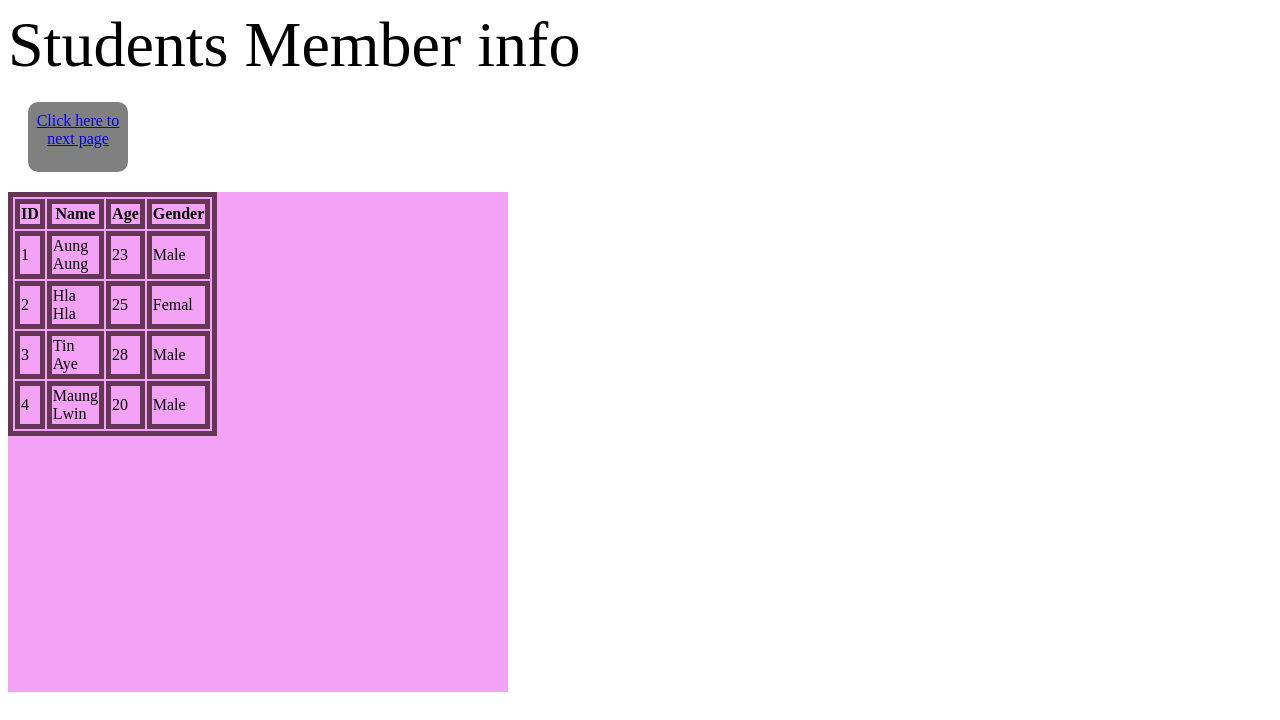
Repository: ThantLwinSoe/Servlet
Page: 01-Communication/src/main/webapp/index.html
An editor plug-in stored every save of this project. The page is shown before and after the next save, followed by the edit.
The browser window is 1280 px wide. The pictures show the whole page.

Above is the page before, as saved 2023-02-07 03:00:46.

### 01-Communication/src/main/webapp/index.html
<!DOCTYPE html>
<html>
<head>
<meta charset="UTF-8">
<style>
h {
	font-size: 4em;
}
.d_link {

	margin: 20px;
	padding-top: 10px;
	width: 100px;
	height: 60px;
	border-radius: 10px;
	background: gray;
	text-align: center;
}
.st_info {
	margin-top: 20px;
	width: 500px;
	height: 500px;
	background: #F4A2F6;
}
.table_one,th,td {
	border: 5px solid #663656;

}
.table_one {

	width: 100px;
	height: 200px;
 }
</style>
<title>Servlet Communication</title>
</head>
<body>
	<h>Students Member info</h>
	<div class="d_link">
		<a href="hello">Click here to next page</a>
	</div>
	<div class="st_info">
		<table class="table_one">
			<thead>
				<tr>
					<th>ID</th>
					<th>Name</th>
					<th>Age</th>
					<th>Gender</th>
				</tr>
			</thead>
			<tbody>
				<tr>
					<td>1</td>
					<td>Aung Aung</td>
					<td>23</td>
					<td>Male</td>
				</tr>
				<tr>
					<td>2</td>
					<td>Hla Hla</td>
					<td>25</td>
					<td>Femal</td>
				</tr>
				<tr>
					<td>3</td>
					<td>Tin Aye</td>
					<td>28</td>
					<td>Male</td>
				</tr>
				<tr>
					<td>4</td>
					<td>Maung Lwin</td>
					<td>20</td>
					<td>Male</td>
				</tr>
			</tbody>
		</table>
	</div>
</body>
</html>

After the next save:
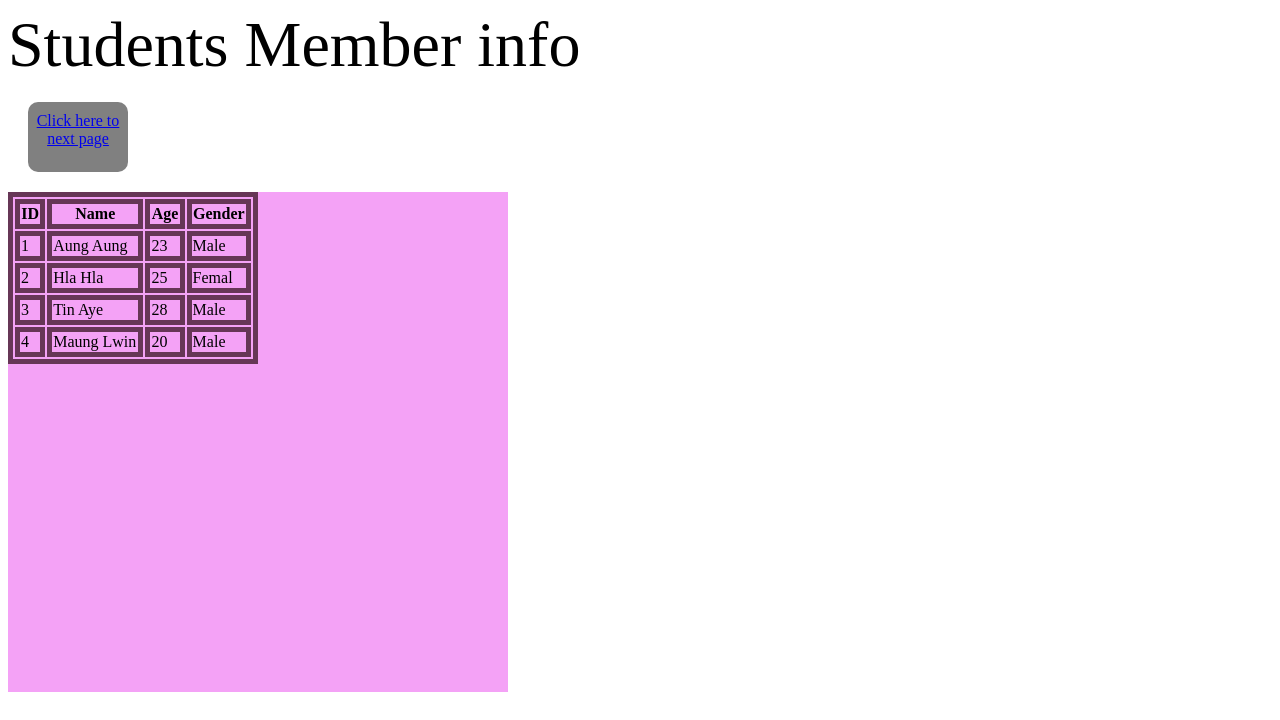
Saved 41 s later.
--- a/01-Communication/src/main/webapp/index.html
+++ b/01-Communication/src/main/webapp/index.html
@@ -26,11 +26,6 @@ h {
 	border: 5px solid #663656;
 
 }
-.table_one {
-
-	width: 100px;
-	height: 200px;
- }
 </style>
 <title>Servlet Communication</title>
 </head>
@@ -40,7 +35,7 @@ h {
 		<a href="hello">Click here to next page</a>
 	</div>
 	<div class="st_info">
-		<table class="table_one">
+		<table class="table_one" width="50%">
 			<thead>
 				<tr>
 					<th>ID</th>
